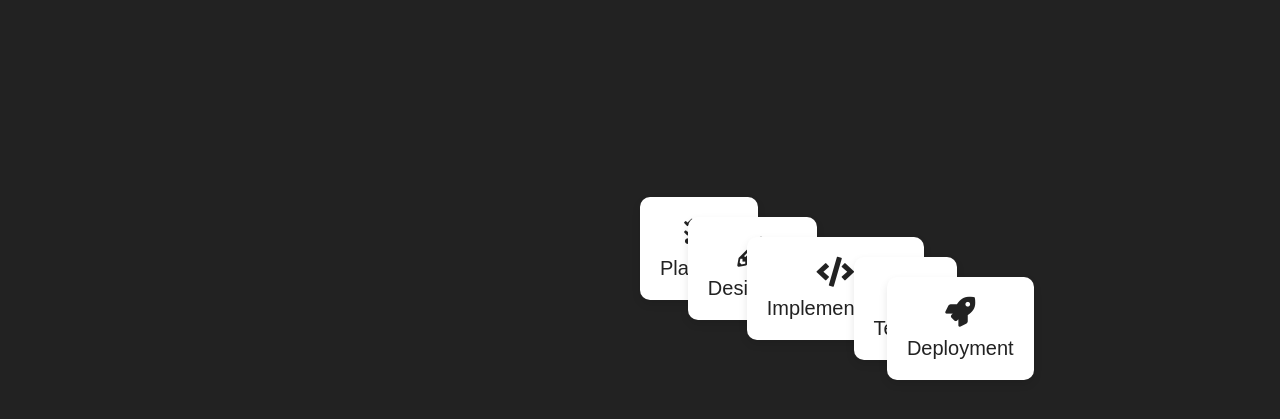
Repository: itsquadian/IT-SQUADIAN
Page: try.html
An editor plug-in stored every save of this project. The page is shown before and after the next save, followed by the edit.
The browser window is 1280 px wide. The pictures show the whole page.

Above is the page before, as saved 2024-04-13 20:23:57.

After the next save:
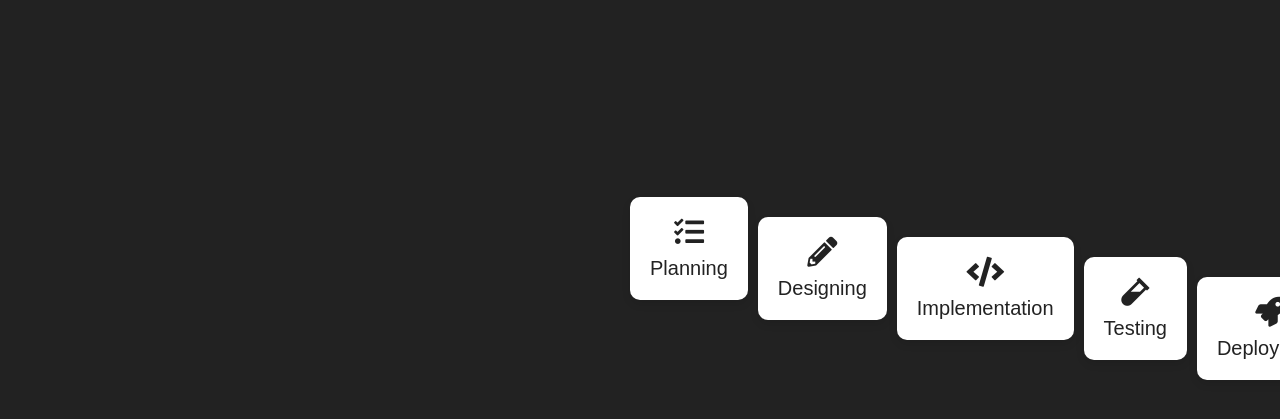
Saved 43 s later.
--- a/try.html
+++ b/try.html
@@ -61,11 +61,11 @@
         margin-bottom: 10px;
     }
 
-    .step:nth-child(1) { left: 400px; bottom: 80px; }
-    .step:nth-child(2) { left: 330px; bottom: 60px; }
-    .step:nth-child(3) { left: 260px; bottom: 40px; }
-    .step:nth-child(4) { left: 190px; bottom: 20px; }
-    .step:nth-child(5) { left: 120px; bottom: 0; }
+    .step:nth-child(1) { left: 390px; bottom: 80px; }
+    .step:nth-child(2) { left: 400px; bottom: 60px; }
+    .step:nth-child(3) { left: 410px; bottom: 40px; }
+    .step:nth-child(4) { left: 420px; bottom: 20px; }
+    .step:nth-child(5) { left: 430px; bottom: 0; }
 </style>
 </head>
 <body>
